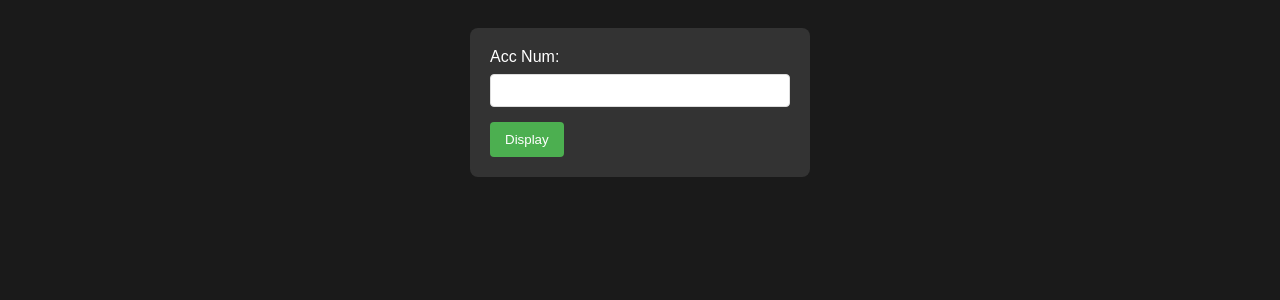
Repository: pritam-parida/HTMLJSCSS
Page: LoginApp/src/main/webapp/Display.html
An editor plug-in stored every save of this project. The page is shown before and after the next save, followed by the edit.
The browser window is 1280 px wide. The pictures show the whole page.

Above is the page before, as saved 2024-04-24 09:54:52.

### LoginApp/src/main/webapp/Display.html
<!DOCTYPE html>
<html>
<head>
    <title>Display Account</title>
    <style>
        body {
            background-color: #1a1a1a;
            color: #fff;
            font-family: Arial, sans-serif;
            padding: 20px;
        }
        form {
            background-color: #333;
            padding: 20px;
            border-radius: 8px;
            width: 300px;
            margin: 0 auto;
        }
        label {
            display: block;
            margin-bottom: 8px;
            color: #fff;
        }
        input[type="text"] {
            width: 100%;
            padding: 8px;
            margin-bottom: 15px;
            border: 1px solid #ddd;
            border-radius: 4px;
            box-sizing: border-box;
            background-color: #fff;
            color: #333;
        }
        input[type="submit"] {
            background-color: #4CAF50;
            color: #fff;
            padding: 10px 15px;
            border: none;
            border-radius: 4px;
            cursor: pointer;
        }
        input[type="submit"]:hover {
            background-color: #45a049;
        }
    </style>
</head>
<body>
    <form action='DisplayServlet' method='post'>
        <label>Acc Num:</label>
        <input type='text' name='num'/>
        <br/>
        <input type='submit' value='Display'/>
    </form>
</body>
</html>

After the next save:
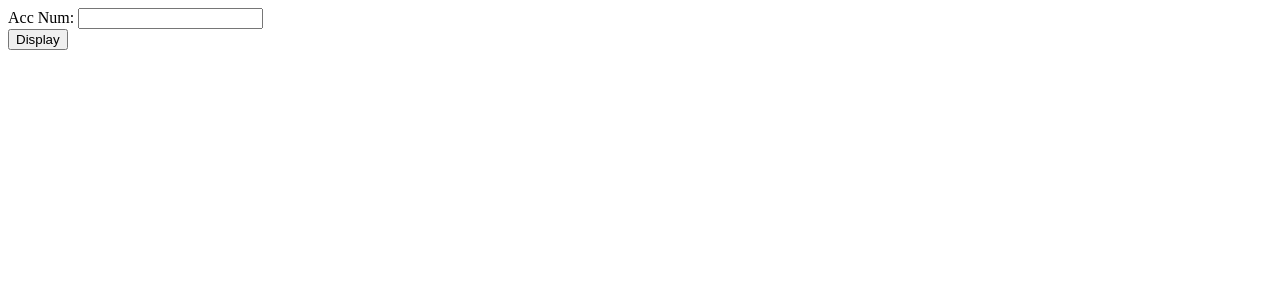
Saved 28 s later.
--- a/LoginApp/src/main/webapp/Display.html
+++ b/LoginApp/src/main/webapp/Display.html
@@ -2,47 +2,6 @@
 <html>
 <head>
     <title>Display Account</title>
-    <style>
-        body {
-            background-color: #1a1a1a;
-            color: #fff;
-            font-family: Arial, sans-serif;
-            padding: 20px;
-        }
-        form {
-            background-color: #333;
-            padding: 20px;
-            border-radius: 8px;
-            width: 300px;
-            margin: 0 auto;
-        }
-        label {
-            display: block;
-            margin-bottom: 8px;
-            color: #fff;
-        }
-        input[type="text"] {
-            width: 100%;
-            padding: 8px;
-            margin-bottom: 15px;
-            border: 1px solid #ddd;
-            border-radius: 4px;
-            box-sizing: border-box;
-            background-color: #fff;
-            color: #333;
-        }
-        input[type="submit"] {
-            background-color: #4CAF50;
-            color: #fff;
-            padding: 10px 15px;
-            border: none;
-            border-radius: 4px;
-            cursor: pointer;
-        }
-        input[type="submit"]:hover {
-            background-color: #45a049;
-        }
-    </style>
 </head>
 <body>
     <form action='DisplayServlet' method='post'>
